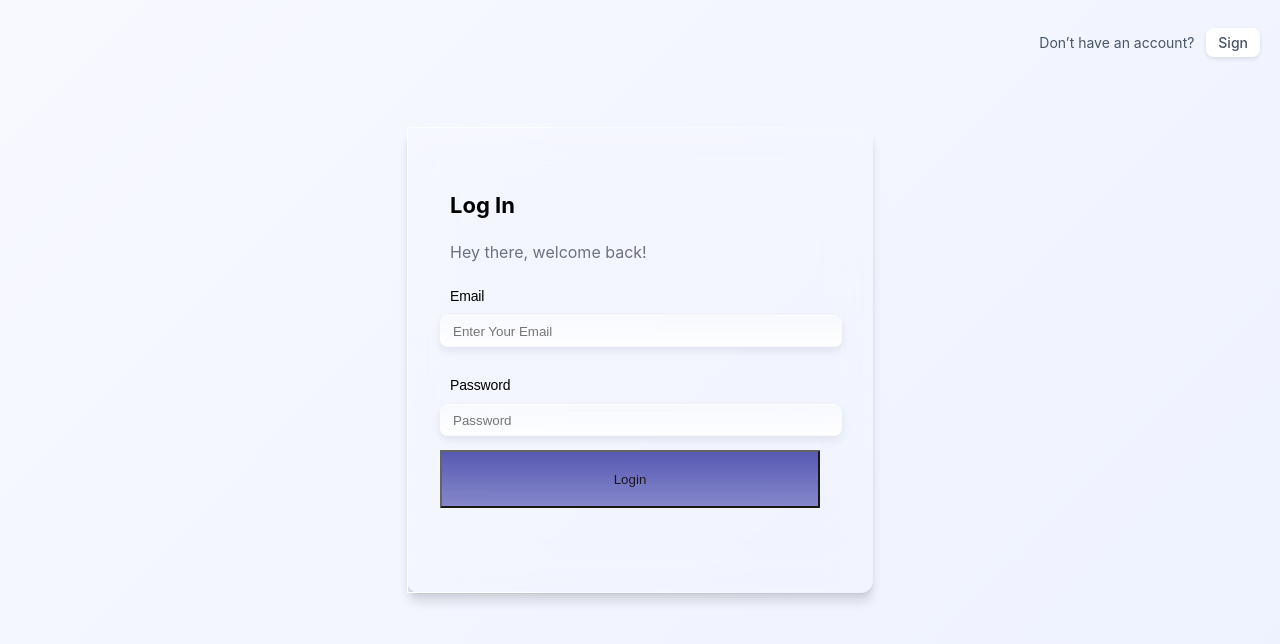
Repository: AfifaNoor/Admin_Panel-React-
Page: /
The author's editor kept a copy of each file at every save. The page is drawn from the files as they stood at one save, then again after the next save.
The browser window is 1280 px wide. The pictures show the whole page.
The project was rebuilt for these pictures with package versions that can differ from the ones it lists, and the page was loaded fresh each time. Also part of the build but not shown: src/SignUp.jsx.

Above is the page before, as saved 2025-07-10 18:00:04.

### src/App.js
import React from 'react'
import LoginPage from './LoginPage'
import { RouterProvider } from 'react-router-dom'
import Router from './Router'

const App = () => {
  return (
    <>
      {/* <RouterProvider router={Router}/> */}
      <LoginPage/>
    </>


  )
}

export default App

### src/LoginPage.jsx
import React, { useState } from 'react'
// import {Navigate, useNavigate} from 'react-router-dom';
import "./LoginPage.css"
import { ToastContainer, toast } from 'react-toastify';
import 'react-toastify/dist/ReactToastify.css';

const LoginPage = () => {
    const[email , setEmail]=useState('')
    const [password , setPassword] = useState('')
    // const navigate= useNavigate();

const handleSubmit =(e)=>{
    e.preventDefault();

 const hardcoreMail="login@gmail.com";
 const hardcorePassword = '1234567'

    if (email=== hardcoreMail && password === hardcorePassword){
        alert("Login Successfull")

    }else{
        alert("Invalid Credential")
    }

}



  return (
 <div className="login-container">

      <div className="signup-redirect">
        <p>
          Don’t have an account?{' '}
          {/* <span className="signup-link" onClick={() => navigate('/sign-up')}> */}
            {/* Sign Up */}
          {/* </span> */}
          <span className="signup-link" >
            Sign
          </span>
        </p>
      </div>



    <div>



    </div>

      <form className="login-form" onSubmit={handleSubmit}>
      <div className="title">
        <h1>Log In</h1>
        <p>Hey there, welcome back!</p>
      </div>
      <label className='form-label'>Email</label>
        <input
          type="email"
          className="form-input"
          value={email}
          placeholder="Enter Your Email"
          onChange={(e) => setEmail(e.target.value)}
          required
        />

        <label className='form-label'>Password</label>
        <input
          type="password"
          className="form-input"
          placeholder="Password"
          value={password}
          onChange={(e) => setPassword(e.target.value)}
          required
        />

        <button className="login-btn" type="submit">
          Login
        </button>

        {/* <ToastContainer /> */}
      </form>
    </div>
  );
}

export default LoginPage

### src/Router.jsx
import React from 'react';
import { createBrowserRouter , createRoutesFromElements , Route } from 'react-router-dom';
import LoginPage from './LoginPage';
import SignUp from './SignUp';

const Router = createBrowserRouter(
  createRoutesFromElements(
    <>

      <Route path='/sign-up' element={<SignUp/>}/>
      <Route path='login-page' element={<LoginPage/>}/>
    </>
  )
)

export default Router;

### src/LoginPage.css
.login-container {
  width: 100%;
  height: 100vh;
  /* background: #FFFFFF; */
  opacity: 1;
  transform: rotate(0deg);
  display: flex;
  justify-content: center;
  align-items: center;
  background: linear-gradient(135deg, #f8f9ff, #eef2ff);
  flex-direction: column;
  /* font-family: 'Inter','sans-serif'; */
  position: relative;


}
.signup-redirect {
  position: absolute;
  top: 20px;
  right: 20px;
  font-size: 14px;
  color: #475569;
}

.signup-link {
  background: #ffffff;
  border-radius: 8px;
  padding: 6px 12px;
  margin-left: 8px;
  box-shadow: 0 2px 4px rgba(0,0,0,0.1);
  cursor: pointer;
  font-weight: 500;
  transition: all 0.3s ease;
}

.signup-link:hover {
  background: #f0f0f0;
}




.login-form{
  width: 400px;
  height: 400px;
  /* position: absolute; */
  /* top: 150.5px; */
  /* left: 482px; */
  border-radius: 12px;
  padding: 32px;
  gap: 10px;
  opacity: 1;
  flex-direction: column;

  z-index: 2;

  background: linear-gradient(180deg, rgba(255, 255, 255, 0) -9.58%, rgba(255, 255, 255, 0.052) 100%);
  border: 1px solid transparent;
  border-image-source: linear-gradient(93.78deg, #FFFFFF 8.04%, rgba(255, 255, 255, 0) 100%);
  border-image-slice: 1;


-webkit-backdrop-filter: blur(20px);
backdrop-filter: blur(20px);

box-shadow:
  0px 10px 10px 0px rgba(0, 0, 0, 0.10),
  0px 4px 4px 0px rgba(0, 0, 0, 0.05),
  0px 1px 0px 0px rgba(0, 0, 0, 0.05),
  inset 0px 20px 50px 0px rgba(255, 255, 255, 0.15);

}

.title{
  z-index: 3;
  width: 380px;
  height: 72px;
  opacity: 1;
  gap: 10px;
  padding: 10px;
  /* margin-bottom: 550px; */
  /* box-shadow: 0 4px 12px rgba(0, 0, 0, 0.1); */
  margin-bottom: 20px;


}

.title h1 {
width: 380px;
height: 40px;
font-family: 'Inter', sans-serif;
font-weight: 600px;
font-size: 22px;
line-height: 40px;
letter-spacing: -1%;
margin-bottom: 8px;
}

.title p{
  font-size: 16px;
  font-style: Inter;
  font-weight: 400px;
  font-style:normal;
  line-height: 22px;
  /* letter-spacing: -1%; */
  color: rgba(107, 114, 128, 1);
  margin-bottom: 24px;
  /* margin-bottom: 5px; */

}

.form-label{
width: 380px;
height: 22px;
transform: rotate(0deg);
opacity: 1;
gap: 12px;
text-align: left;
font-family: 'Intern',sans-serif;
font-weight: 500px;
font-size: 14px;
line-height: 22px;
letter-spacing: -0.01em;
color:black;
border: none;
border-radius: 6px;
padding: 3px 10px;
cursor: pointer;
display: inline-flex;
/* align-items: left; */
justify-content: left;
margin-top: 10px;
margin-bottom: 5px;

}

.form-input{

  width: 380px;
  height: 20px;
  min-width: 140px;
  max-width: 500px;
  transform: rotate(0deg);
  opacity: 1;
  border-radius: 8px;
  border-width: 1px;
  padding: 5px 8px 5px 12px;
  gap: 8px;
  margin-bottom: 14px;

  background: linear-gradient(0deg, rgba(255, 255, 255, 0.9) 0%, rgba(255, 255, 255, 0.4) 100%);
  border: 1px solid transparent; /* fallback for border-image */

  border-image:
    linear-gradient(0deg, rgba(255, 255, 255, 0.1), rgba(255, 255, 255, 0.1)),
    linear-gradient(360deg, rgba(255, 255, 255, 0.5) 0%, rgba(255, 255, 255, 0) 100%);
  border-image-slice: 1;


  -webkit-backdrop-filter: blur(20px);
  backdrop-filter: blur(20px);
  box-shadow: 0 4px 10px rgba(0,0,0,0.08);
  cursor: pointer;
}

.login-btn{
  direction: vertical;
  width: 380px;
  height: 58px;
  padding: 7px 7px ;
  gap: 12px;
  border-radius: 1px;
  opacity: 90%;
  /* border: 1px solid;

border-image-source: linear-gradient(0deg, rgba(255, 255, 255, 0.1), rgba(255, 255, 255, 0.1)),
linear-gradient(45deg, rgba(255, 255, 255, 0) 33.33%, #FFFFFF 95%); */

;
  background: linear-gradient(180deg, #4648AB 0%, rgba(70, 72, 171, 0.7) 100%)
  /* background: linear-gradient(119.36deg, rgba(99, 102, 241, 0.2) 0%, rgba(236, 72, 153, 0.2) 100%) */

}

Loaded but not shown: public/index.html (common file); src/index.js (common file); src/index.css (common file); src/reportWebVitals.js (common file)

After the next save:
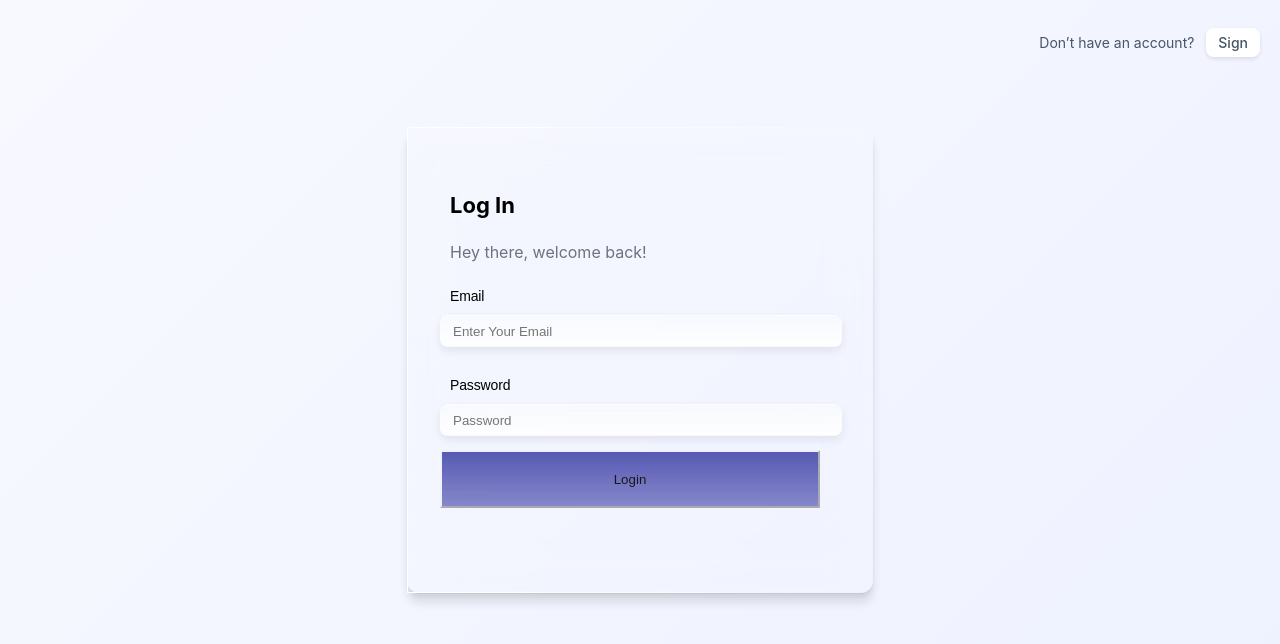
Saved 25 s later.
--- a/src/LoginPage.css
+++ b/src/LoginPage.css
@@ -171,6 +171,7 @@ margin-bottom: 5px;
   gap: 12px;
   border-radius: 1px;
   opacity: 90%;
+  border-color: #eef2ff;
   /* border: 1px solid;
 
 border-image-source: linear-gradient(0deg, rgba(255, 255, 255, 0.1), rgba(255, 255, 255, 0.1)),
